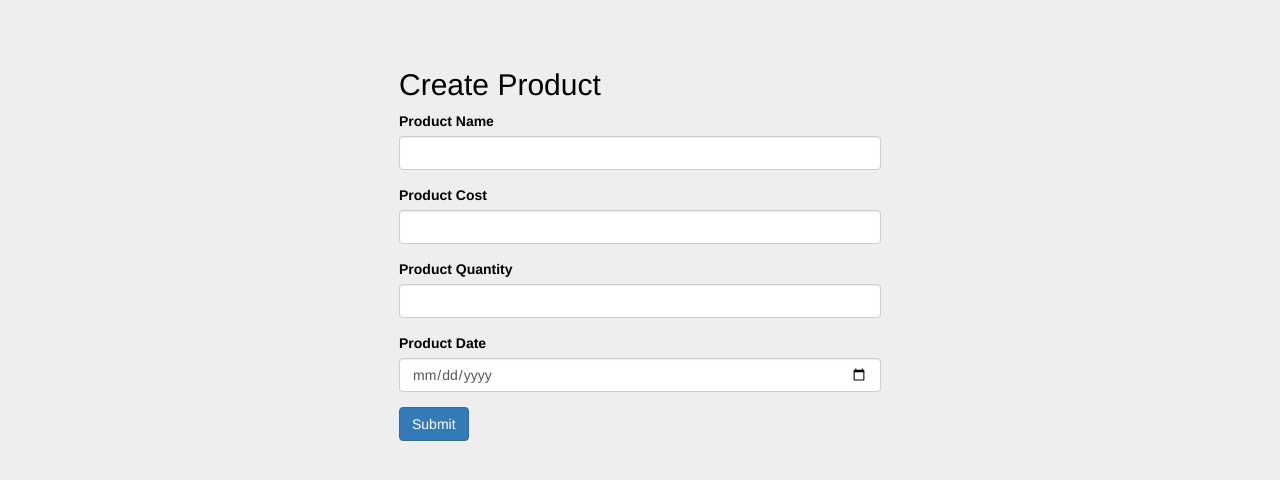
Repository: krutishilp/Sample
Page: http://localhost/productmanagement-webapp/createProduct.jsp
These files come from the project's save history. The page is drawn as it stood at one moment and after the next save; the edit follows.
The browser window is 1280 px wide. The pictures show the whole page.
The page is served by Tomcat 9. Other server files are loaded and not shown.

Above is the page before, as saved 2020-09-04 11:11:00.

### JAVA-Eclipse-workspace/productmanagement-webapp/src/main/webapp/createProduct.jsp
<!DOCTYPE html>
<html>
<head>
<meta charset="ISO-8859-1">
<title>Place an Product</title>
<!-- Latest compiled and minified CSS -->
<link rel="stylesheet"
	href="https://maxcdn.bootstrapcdn.com/bootstrap/3.3.7/css/bootstrap.min.css"
	integrity="sha384-BVYiiSIFeK1dGmJRAkycuHAHRg32OmUcww7on3RYdg4Va+PmSTsz/K68vbdEjh4u"
	crossorigin="anonymous">

<style type="text/css">
.container {
	width: 40%;
	align-items: center;
}
</style>
</head>
<body class="jumbotron">
	<div class="container">
		<div>
			<h2>Create Product</h2>
		</div>
		<form action="placeProduct" method="post">
			<div class="form-group">
				<label for="productname">Product Name</label> <input type="text"
					class="form-control" id="productname" placeholder="" name="productName" required="required">
			</div>

			<div class="form-group">
				<label for="productcost">Product Cost</label> <input type="number"
					class="form-control" id="productcost" placeholder=""
					name="productCost" required="required">
			</div>

			<div class="form-group">
				<label for="productquantity">Product Quantity</label> <input
					type="number" class="form-control" id="productquantity"
					placeholder="" name="productQuantity" required="required">
			</div>

			<div class="form-group">
				<label for="productdate">Product Date</label> <input type="date"
					class="form-control" id="productdate" placeholder="" name="productDate" required="required">
			</div>

			<div class="form-group">
				<input type="submit" class="btn btn-primary">
			</div>

		</form>
	</div>
</body>
</html>

After the next save:
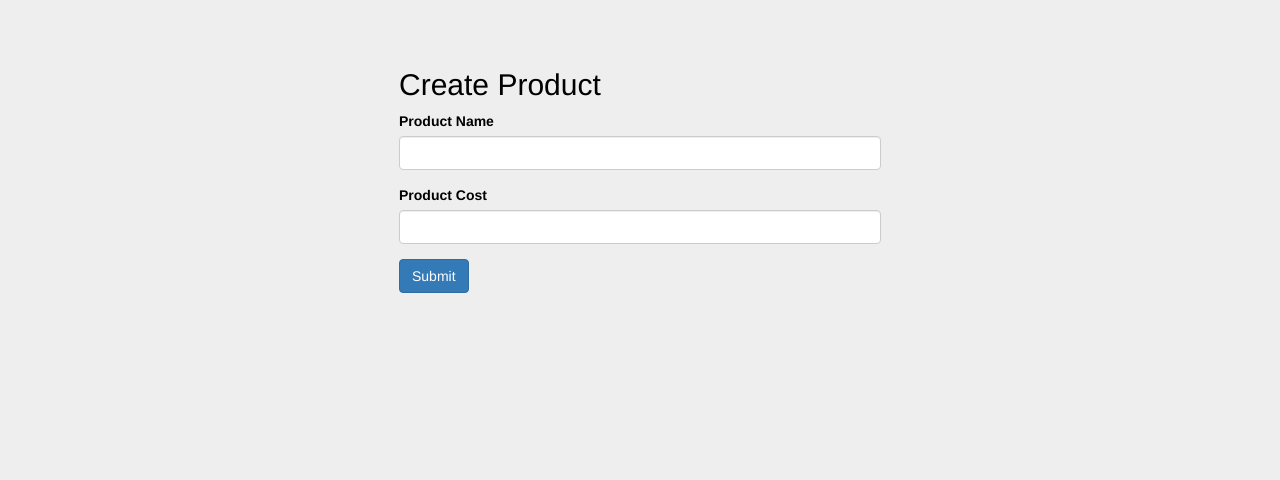
Saved 7 s later.
--- a/JAVA-Eclipse-workspace/productmanagement-webapp/src/main/webapp/createProduct.jsp
+++ b/JAVA-Eclipse-workspace/productmanagement-webapp/src/main/webapp/createProduct.jsp
@@ -34,17 +34,6 @@
 			</div>
 
 			<div class="form-group">
-				<label for="productquantity">Product Quantity</label> <input
-					type="number" class="form-control" id="productquantity"
-					placeholder="" name="productQuantity" required="required">
-			</div>
-
-			<div class="form-group">
-				<label for="productdate">Product Date</label> <input type="date"
-					class="form-control" id="productdate" placeholder="" name="productDate" required="required">
-			</div>
-
-			<div class="form-group">
 				<input type="submit" class="btn btn-primary">
 			</div>
 
